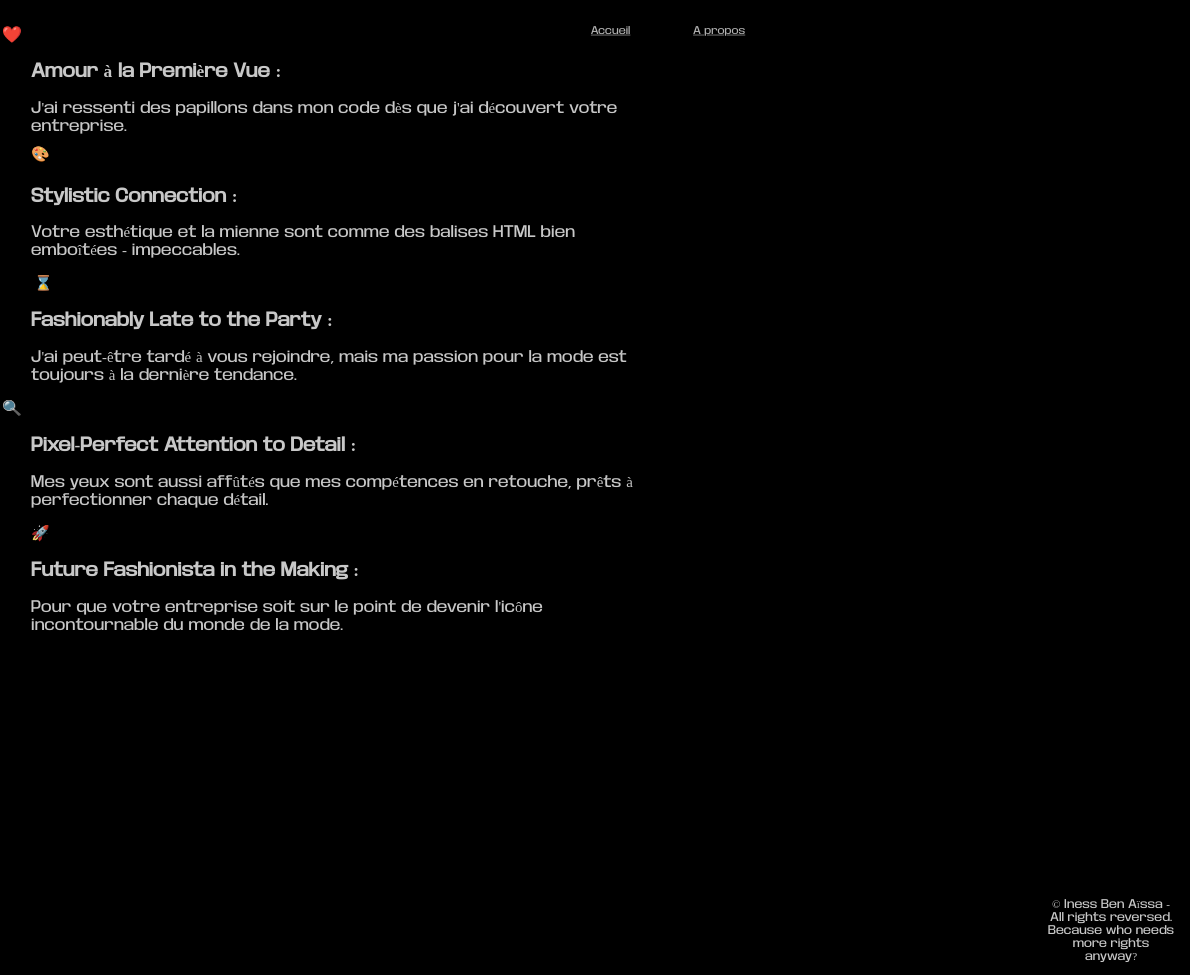
Repository: inessben/application
Page: company/company.html
These files come from the project's save history. The page is drawn as it stood at one moment and after the next save; the edit follows.
The browser window is 1280 px wide. The page is 1895 px wide, then 1920 px, so the pictures cover 1920 px, including what lies to the right of the window. The pictures show the whole page, at 62% of full size.

Above is the page before, as saved 2023-12-04 03:28:42.

After the next save:
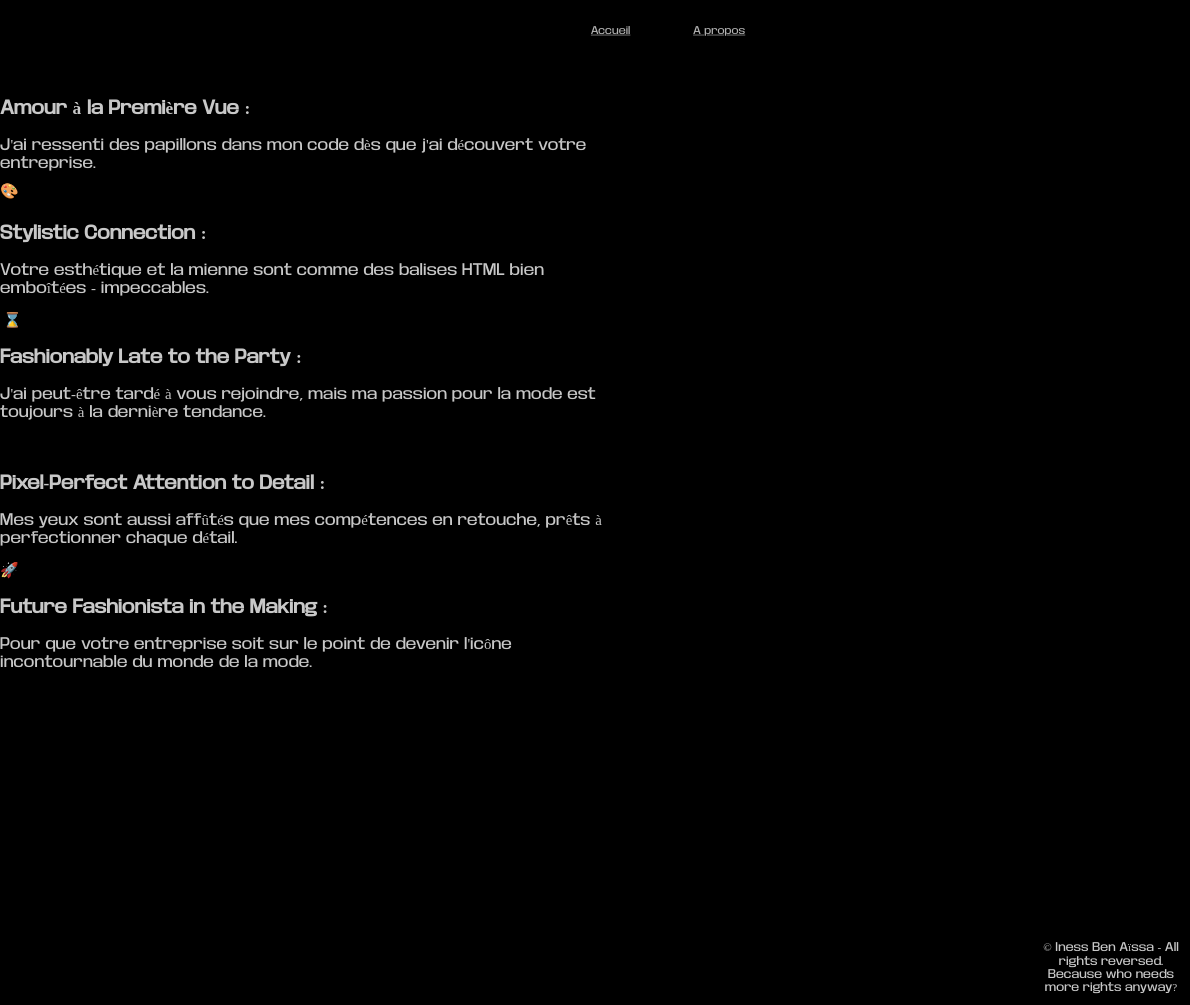
Saved 52 s later.
--- a/company/company.css
+++ b/company/company.css
@@ -32,12 +32,11 @@ html {
 body {
 font-family: "Base Neue";
     margin: 0;
-    margin-left: 50px;
+    /* margin-left: 50px; */
     padding: 0;
     display: flex;
     align-items: center;
     justify-content: center;
-    height: 600px;
     background-color: #000000;
     color: #c8c8c8;
     font-size: 24px;
